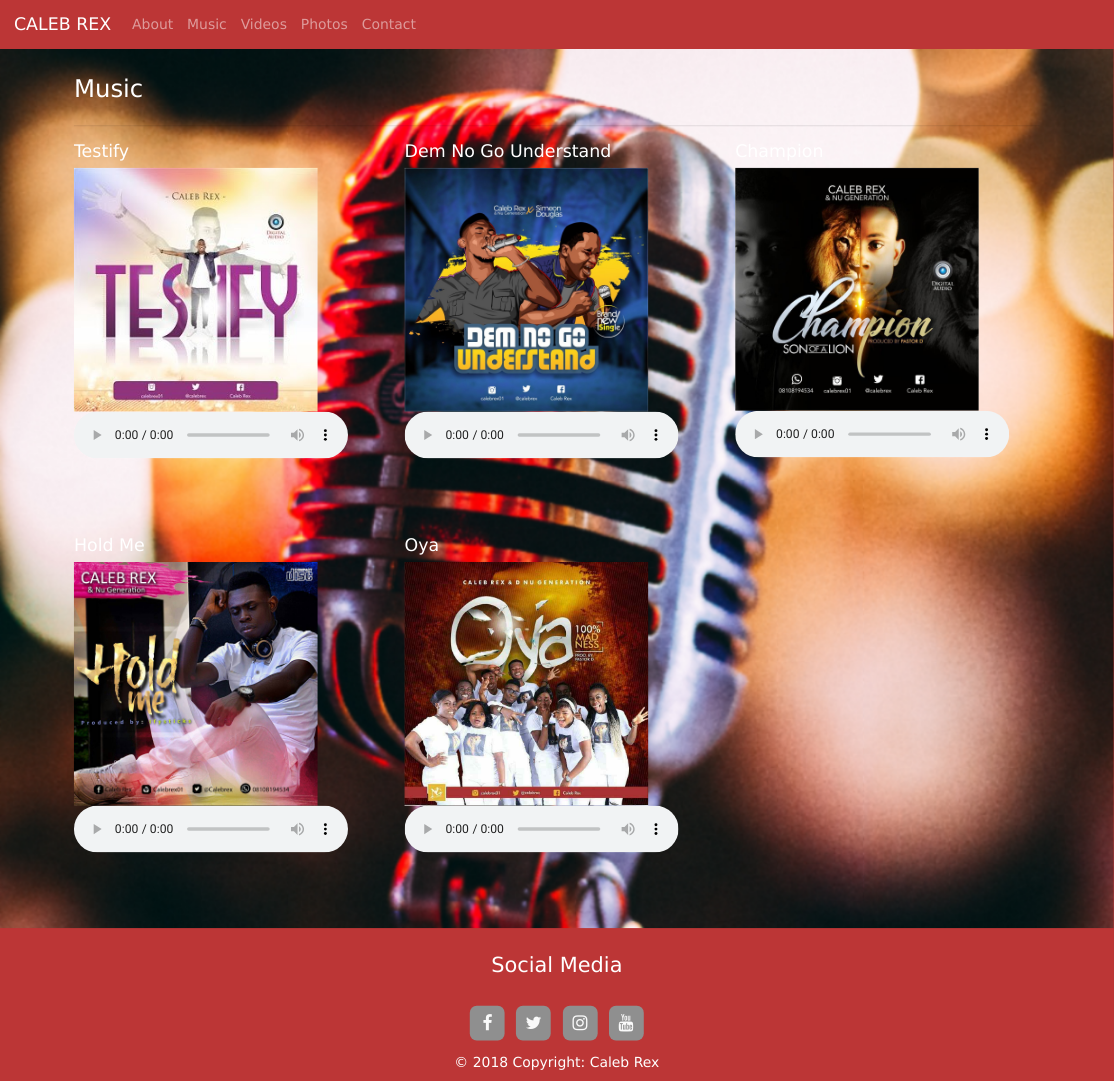
Repository: IchaTreasure/caleb-rex
Page: music.html
The author's editor kept a record of every edit. The page is drawn from the files as they stood at one moment, then again after the next edit.
The browser window is 1280 px wide. The pictures show the whole page, at 87% of full size.
Some web libraries are served in a nearby version.

Above is the page before.

After the next edit:
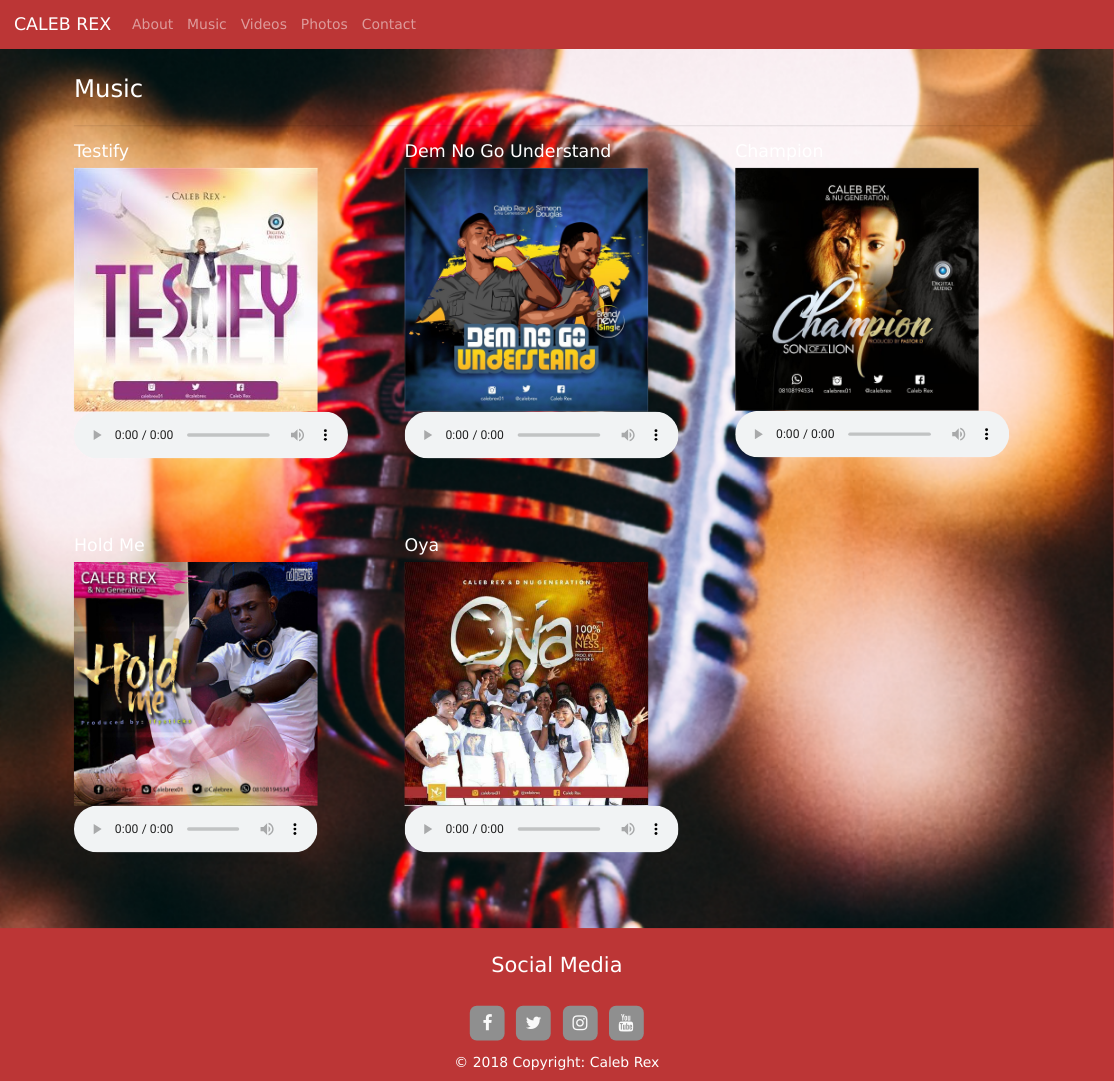
The edit:
--- a/music.html
+++ b/music.html
@@ -106,7 +106,7 @@
         <div class="col-sm-4" Style="padding-bottom: 80px">
           <h5 class="uppercase general-sub" style="color: white">Hold Me</h5>
           <img src="images/Hold.jpg" Style="Width: 80%"></img>
-          <audio controls Style="Width: 90%">
+          <audio controls Style="Width: 80%">
                       <source src="Music/Hold.mp3" type="audio/mpeg">
                     Your browser does not support the audio element.
                     </audio>
